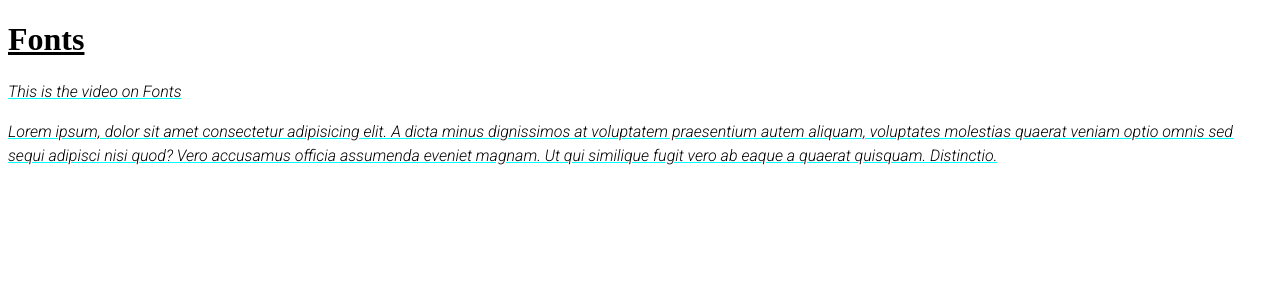
Repository: diensy/Web_dev
Page: Css/Fonts/index.html
These files come from the project's save history. The page is drawn as it stood at one moment and after a run of saves; the edit follows.
The browser window is 1280 px wide. The pictures show the whole page.
Some web fonts or font styles are not loaded; a fallback is used.

Above is the page before, as saved 2024-05-22 22:47:44.

After the next 3 saves:
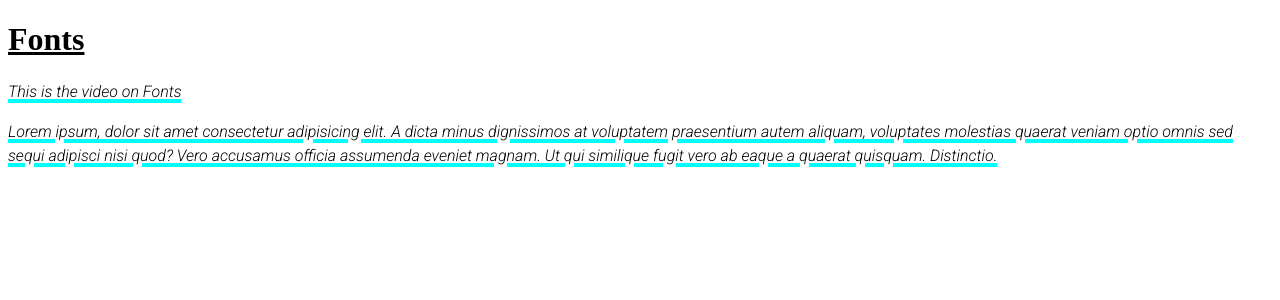
The 3 saves are shown as one change because they came seconds apart.
The last was saved 8 s later.
--- a/Css/Fonts/font.css
+++ b/Css/Fonts/font.css
@@ -9,5 +9,5 @@ p {
   text-decoration: underline;
   line-height: 1.5;
   text-decoration-color: aqua;
-  text-decoration-thickness: 4[x];
+  text-decoration-thickness: 4px;
 }
